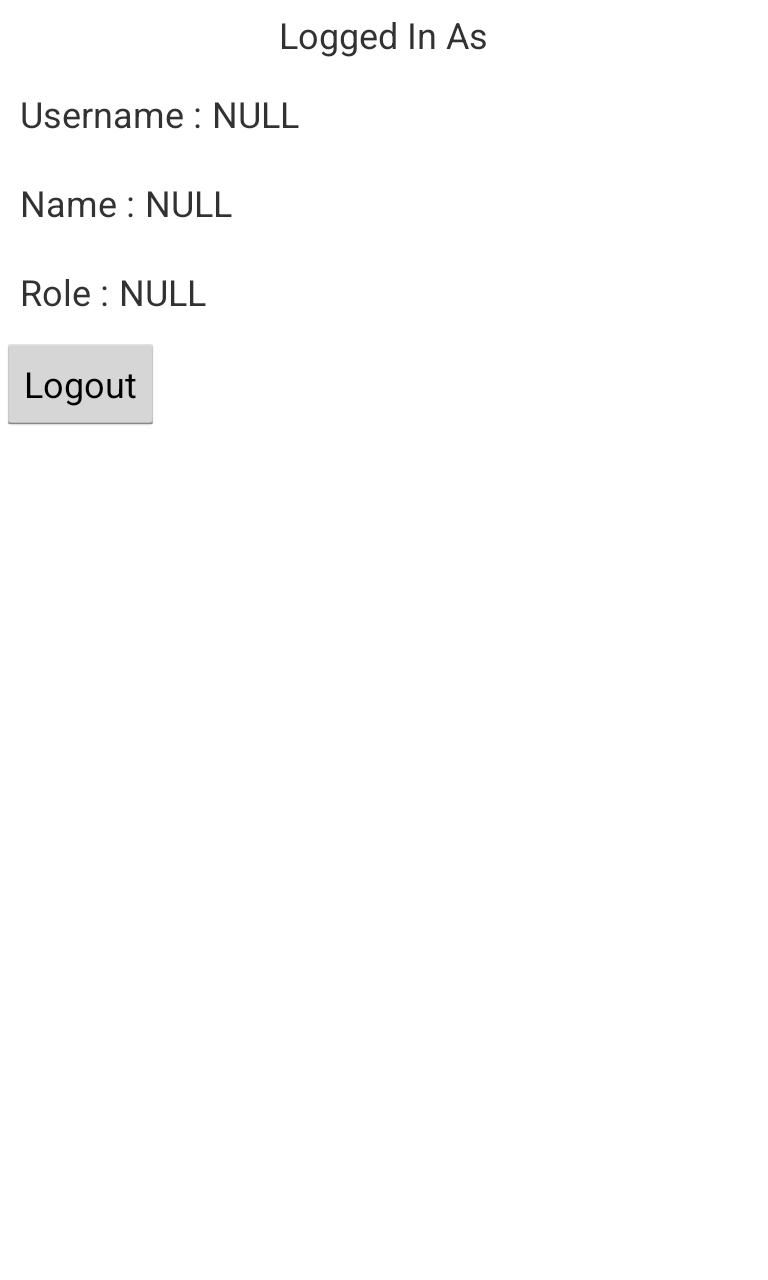
Repository: LennoxAlexion/UID
Layout: Android App/Uid-Project/res/layout/activity_sec_page.xml
The author's editor kept a copy of each file at every save. The layout is drawn from the files as they stood at one save, then again after the next save.
It is drawn on a 768 x 1280 px phone screen (xhdpi) without system bars, with theme AppTheme; the app's code is not run.

Above is the layout before, as saved 2015-03-29 06:15:34.

After the next save:
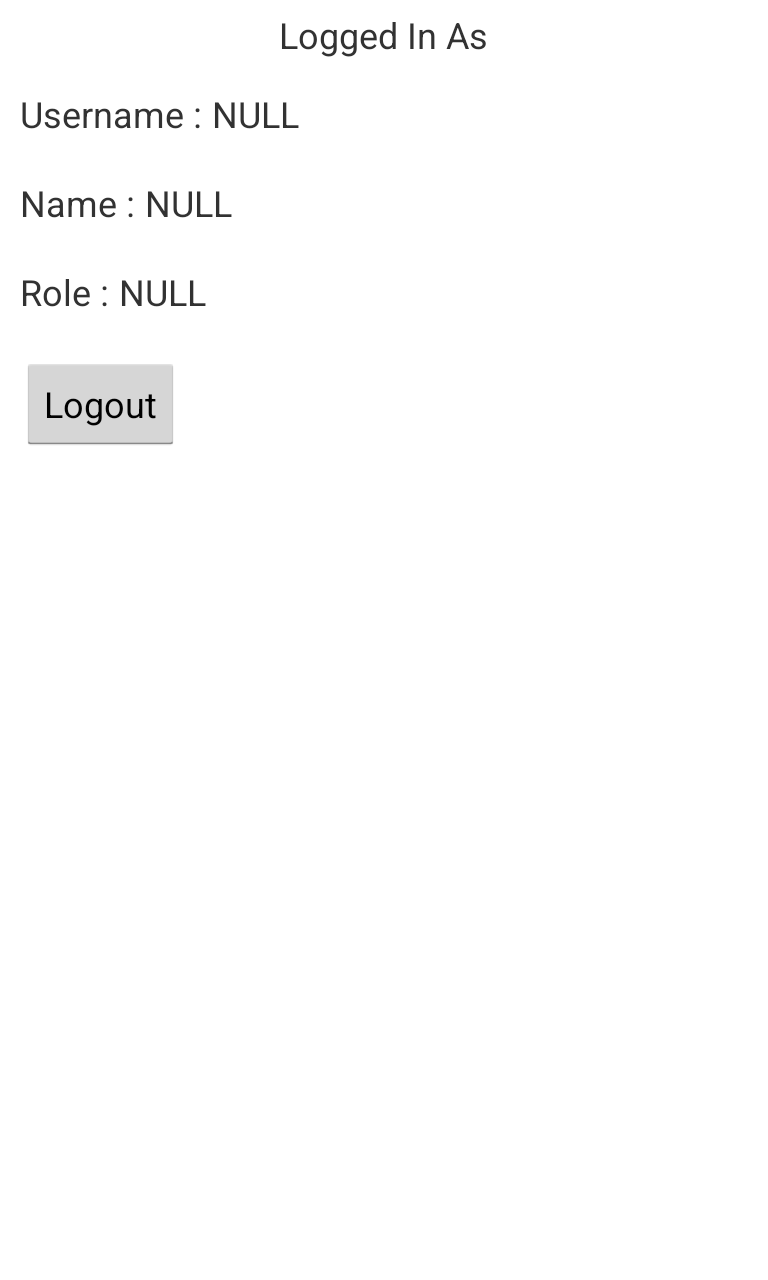
Saved 45 s later.
--- a/Android App/Uid-Project/res/layout/activity_sec_page.xml
+++ b/Android App/Uid-Project/res/layout/activity_sec_page.xml
@@ -79,10 +79,18 @@
             android:textSize="18dp" />
     </LinearLayout>
 
+    <LinearLayout
+        android:layout_width="fill_parent"
+        android:layout_height="wrap_content"
+        android:layout_margin="5dp"
+        android:orientation="horizontal"
+        android:padding="5dp" >
+
     <Button
         android:id="@+id/Button_Logout"
         android:layout_width="wrap_content"
         android:layout_height="wrap_content"
         android:text="Logout" />
+    </LinearLayout>
 
 </LinearLayout>
